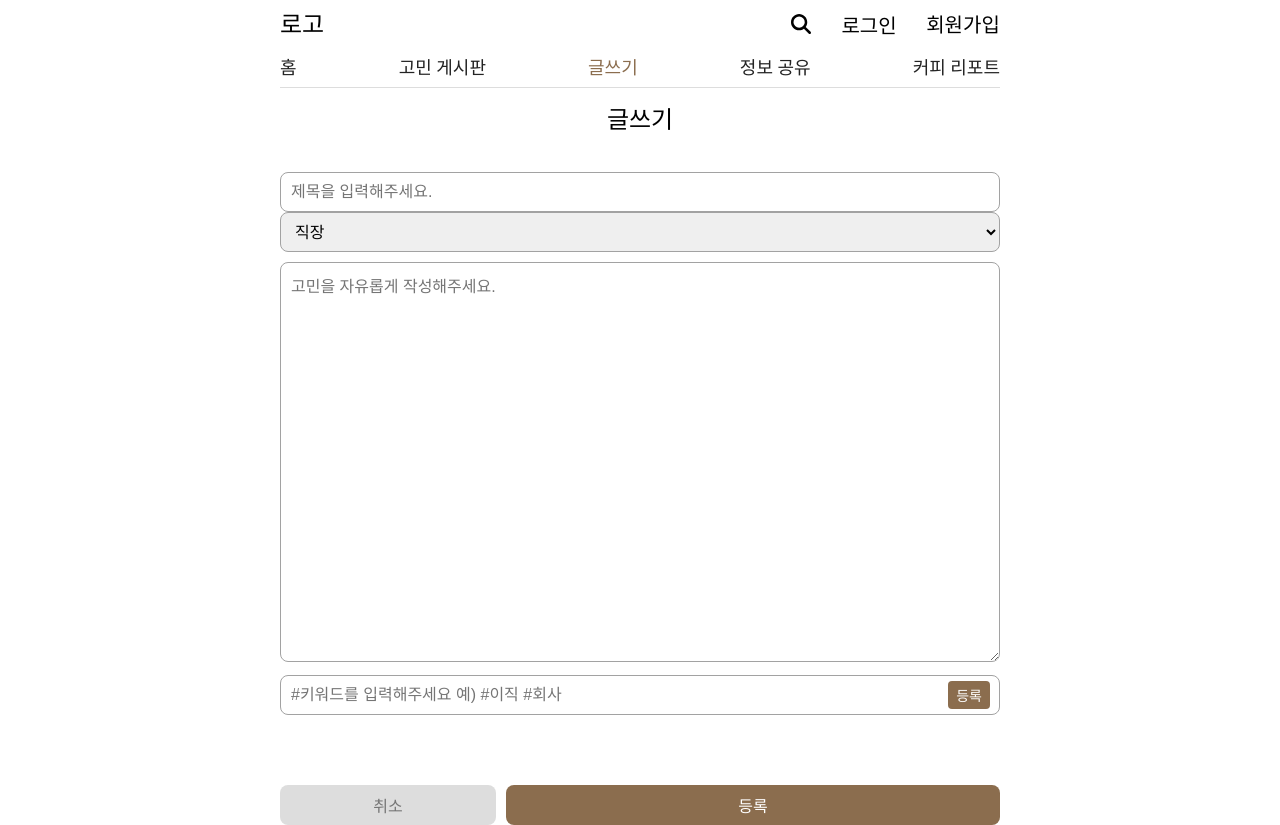
Repository: zlazlazla35/coffee
Page: /writing
These files come from the project's save history. The page is drawn as it stood at one moment and after the next save; the edit follows.
The browser window is 1280 px wide. The pictures show the whole page.
The page's requests for data from a server got no answer. Some web fonts or font styles are not loaded; a fallback is used. The project was rebuilt for these pictures with package versions that can differ from the ones it lists, and the page was loaded fresh each time. The framework's server and built-in components were replaced by stand-ins that run in the browser. No one was signed in, and anything a server would have sent is missing. Also part of the build but not shown: next.config.mjs, src/app/LogOutButton.js.

Above is the page before, as saved 2025-01-08 14:41:20.

After the next save:
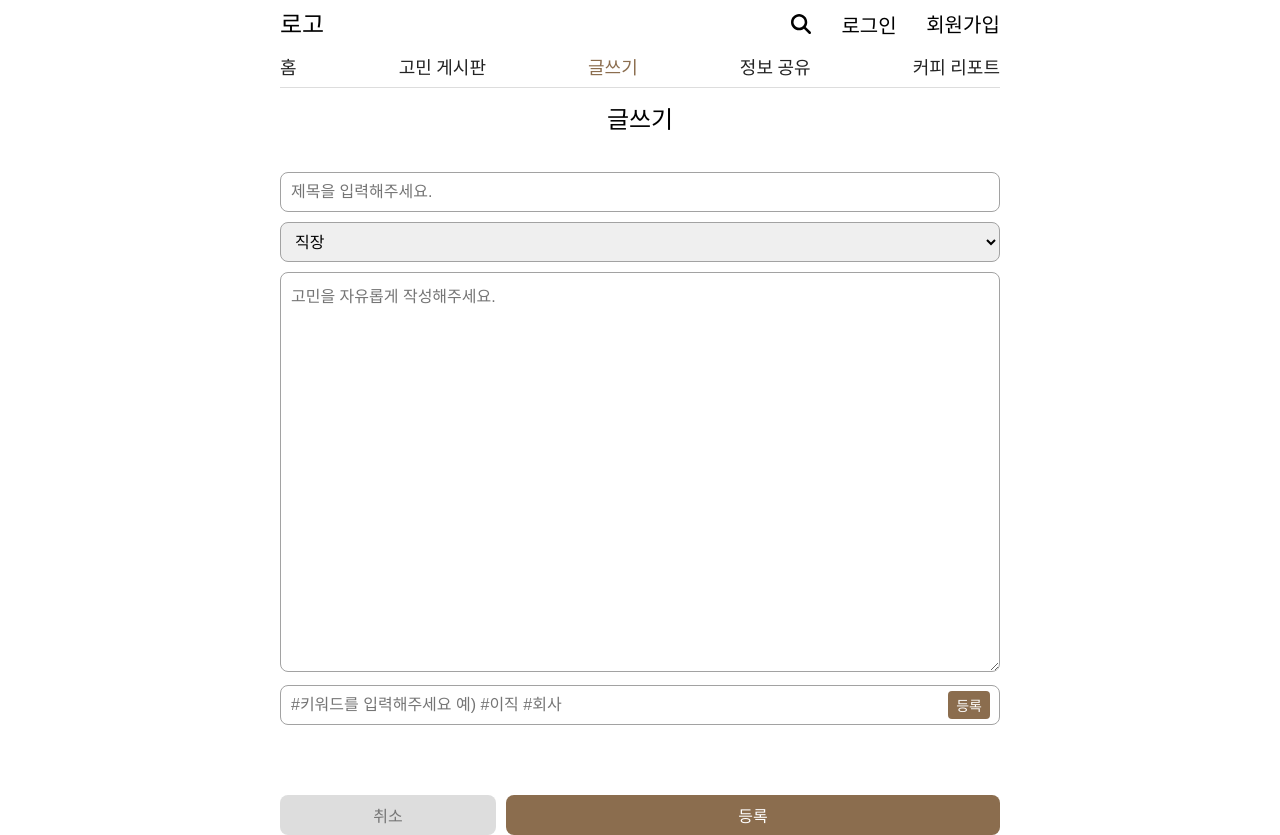
Saved 38 s later.
--- a/src/app/globals.css
+++ b/src/app/globals.css
@@ -118,7 +118,7 @@ select {font-family: 'NanumSquare', sans-serif !important; outline: none !import
 .writing .bottom_butBox {width: 100%; display: flex; align-items: center; justify-content: space-between; margin-top: 70px;}
 .writing button.complete {width: calc(70% - 10px); height: 40px; background: #8b6d4e; color: #fff; font-size: 16px; border: none; border-radius: 8px; }
 .writing button.back {width: 30%;  height: 40px; background: #ddd; color: #757575; font-size: 16px; border: none; border-radius: 8px; margin-right: 10px;}
-.writing select {width: 100%; height: 40px; box-sizing: border-box; padding: 10px; font-size: 16px; margin-bottom: 10px; border-radius: 8px; border: 1px solid #a2a2a2;}
+.writing select {width: 100%; height: 40px; box-sizing: border-box; padding: 10px; font-size: 16px; margin: 10px 0; border-radius: 8px; border: 1px solid #a2a2a2;}
 .writing textarea {width: 100%; height: 400px; box-sizing: border-box; padding: 10px; font-size: 16px; margin-bottom: 10px; border-radius: 8px; border: 1px solid #a2a2a2;}
 .writing .keyWord_box {position: relative; margin-bottom: 10px;}
 .writing .keyWord_box .keyWord_btn{position: absolute; right: 10px; top: 50%; transform: translateY(-50%); margin: 0; padding: 4px 8px; background: #8b6d4e; color: #fff; font-size: 14px; border: none; border-radius: 4px;}
